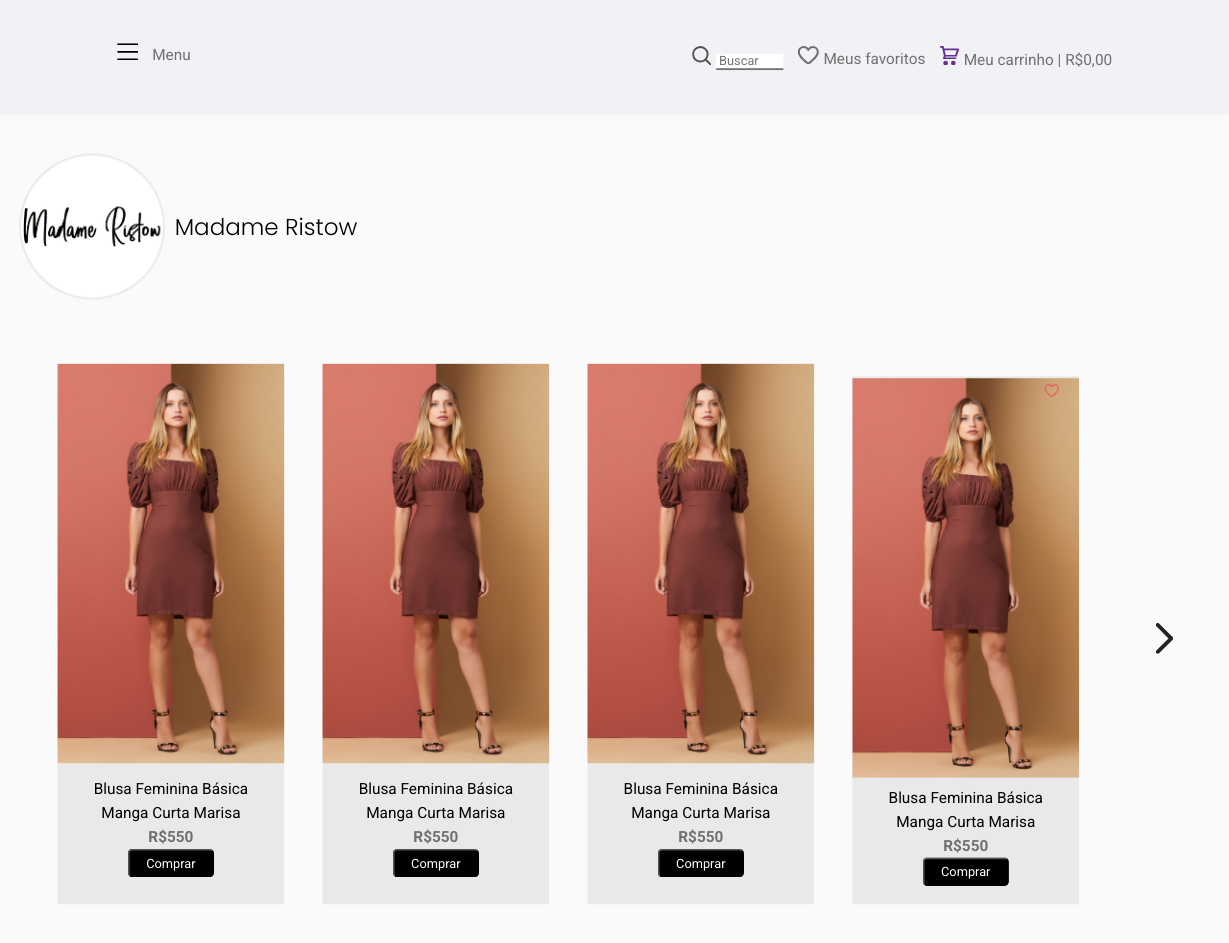
Repository: gutobarbosa/FrontEndLojaVirtual
Page: /
The author's editor kept a copy of each file at every save. The page is drawn from the files as they stood at one save, then again after the next save.
The browser window is 1280 px wide. The pictures show the whole page, at 96% of full size.
The project was rebuilt for these pictures with package versions that can differ from the ones it lists, and the page was loaded fresh each time. Also part of the build but not shown: src/pages/Repository/styles.ts, src/services/api.ts, src/pages/Repository/index.tsx.

Above is the page before, as saved 2020-11-20 22:51:20.

After the next save:
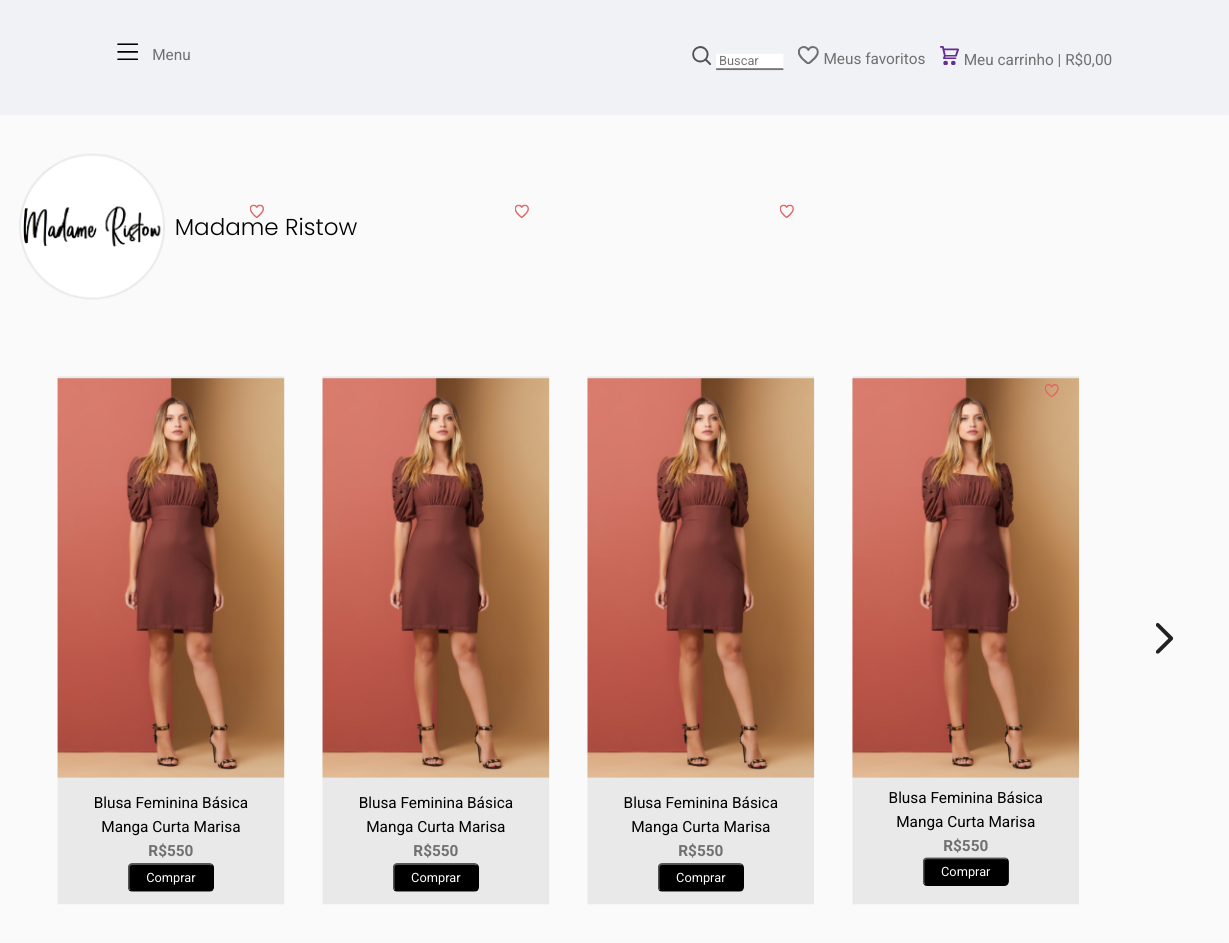
Saved 5 min 45 s later.
--- a/src/pages/Dashboard/index.tsx
+++ b/src/pages/Dashboard/index.tsx
@@ -22,6 +22,9 @@
     </Container>
     <ContainerProducts>
         <div className="productBox">
+        <div className="iconHeart">
+                <img src={iconheart} alt="Product" />
+            </div>
             <div className="productImage">
             <img src={productimage} alt="Product" />
             </div>
@@ -34,6 +37,9 @@
             </div>
         </div>
         <div className="productBox">
+        <div className="iconHeart">
+                <img src={iconheart} alt="Product" />
+            </div>
             <div className="productImage">
             <img src={productimage} alt="Product" />
             </div>
@@ -46,6 +52,9 @@
             </div>
         </div>
         <div className="productBox">
+        <div className="iconHeart">
+                <img src={iconheart} alt="Product" />
+            </div>
             <div className="productImage">
             <img src={productimage} alt="Product" />
             </div>

After the save that followed:
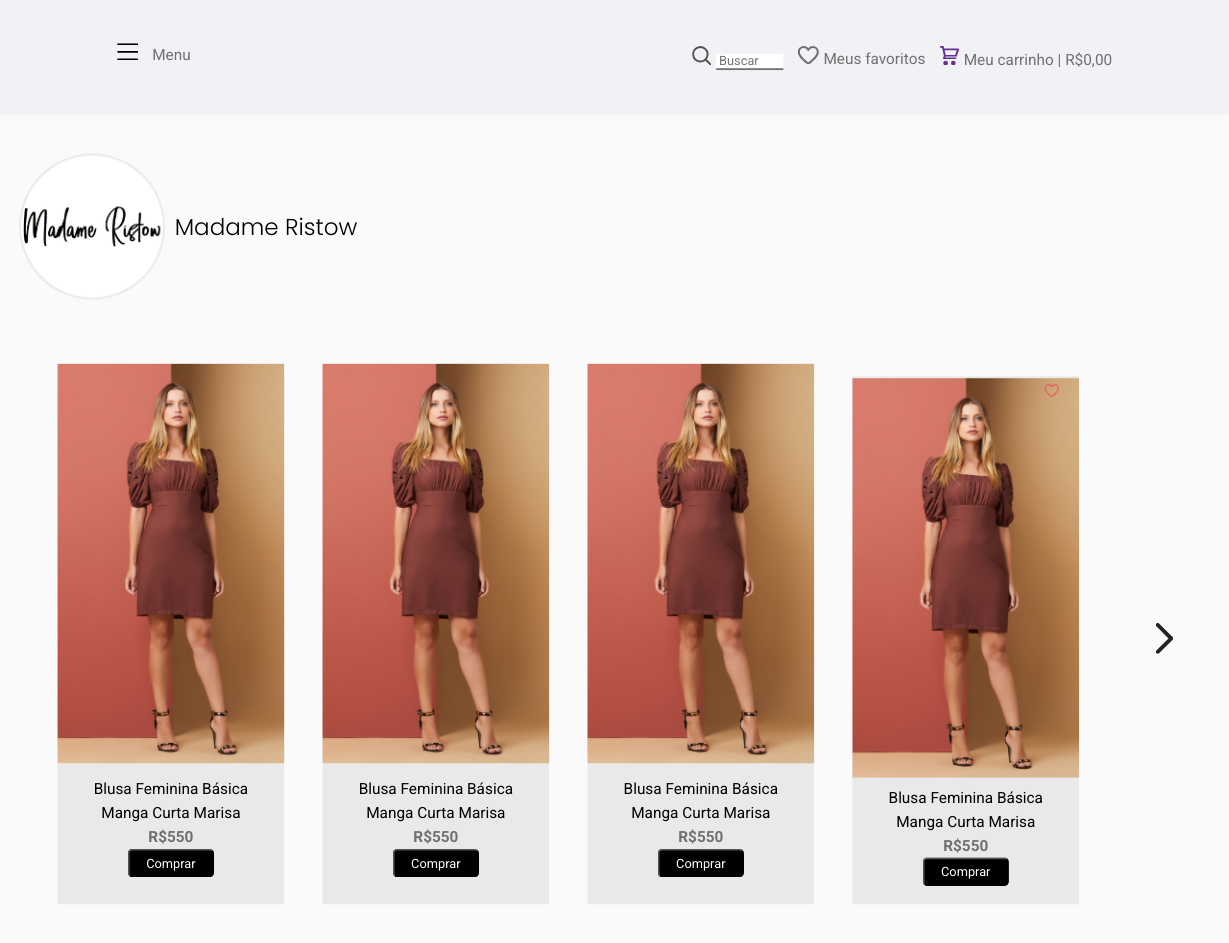
Saved 45 s later.
--- a/src/pages/Dashboard/index.tsx
+++ b/src/pages/Dashboard/index.tsx
@@ -22,39 +22,6 @@
     </Container>
     <ContainerProducts>
         <div className="productBox">
-        <div className="iconHeart">
-                <img src={iconheart} alt="Product" />
-            </div>
-            <div className="productImage">
-            <img src={productimage} alt="Product" />
-            </div>
-            <div className="productinformation">
-            <p>Blusa Feminina Básica Manga Curta Marisa<br/></p>
-                <p className ="bold">R$550 <br/></p>
-                <div className="buttonBuy">
-                    <button>Comprar</button>
-                </div>
-            </div>
-        </div>
-        <div className="productBox">
-        <div className="iconHeart">
-                <img src={iconheart} alt="Product" />
-            </div>
-            <div className="productImage">
-            <img src={productimage} alt="Product" />
-            </div>
-            <div className="productinformation">
-            <p>Blusa Feminina Básica Manga Curta Marisa<br/></p>
-                <p className ="bold">R$550 <br/></p>
-                <div className="buttonBuy">
-                    <button>Comprar</button>
-                </div>
-            </div>
-        </div>
-        <div className="productBox">
-        <div className="iconHeart">
-                <img src={iconheart} alt="Product" />
-            </div>
             <div className="productImage">
             <img src={productimage} alt="Product" />
             </div>
@@ -68,7 +35,31 @@
         </div>
         <div className="productBox">
             <div className="productImage">
-            <div className="iconHeart">
+            <img src={productimage} alt="Product" />
+            </div>
+            <div className="productinformation">
+            <p>Blusa Feminina Básica Manga Curta Marisa<br/></p>
+                <p className ="bold">R$550 <br/></p>
+                <div className="buttonBuy">
+                    <button>Comprar</button>
+                </div>
+            </div>
+        </div>
+        <div className="productBox">
+            <div className="productImage">
+            <img src={productimage} alt="Product" />
+            </div>
+            <div className="productinformation">
+            <p>Blusa Feminina Básica Manga Curta Marisa<br/></p>
+                <p className ="bold">R$550 <br/></p>
+                <div className="buttonBuy">
+                    <button>Comprar</button>
+                </div>
+            </div>
+        </div>
+        <div className="productBox">
+            <div className="productImage">
+                <div className="iconHeart">
                 <img src={iconheart} alt="Product" />
             </div>
             <img src={productimage} alt="Product" />
